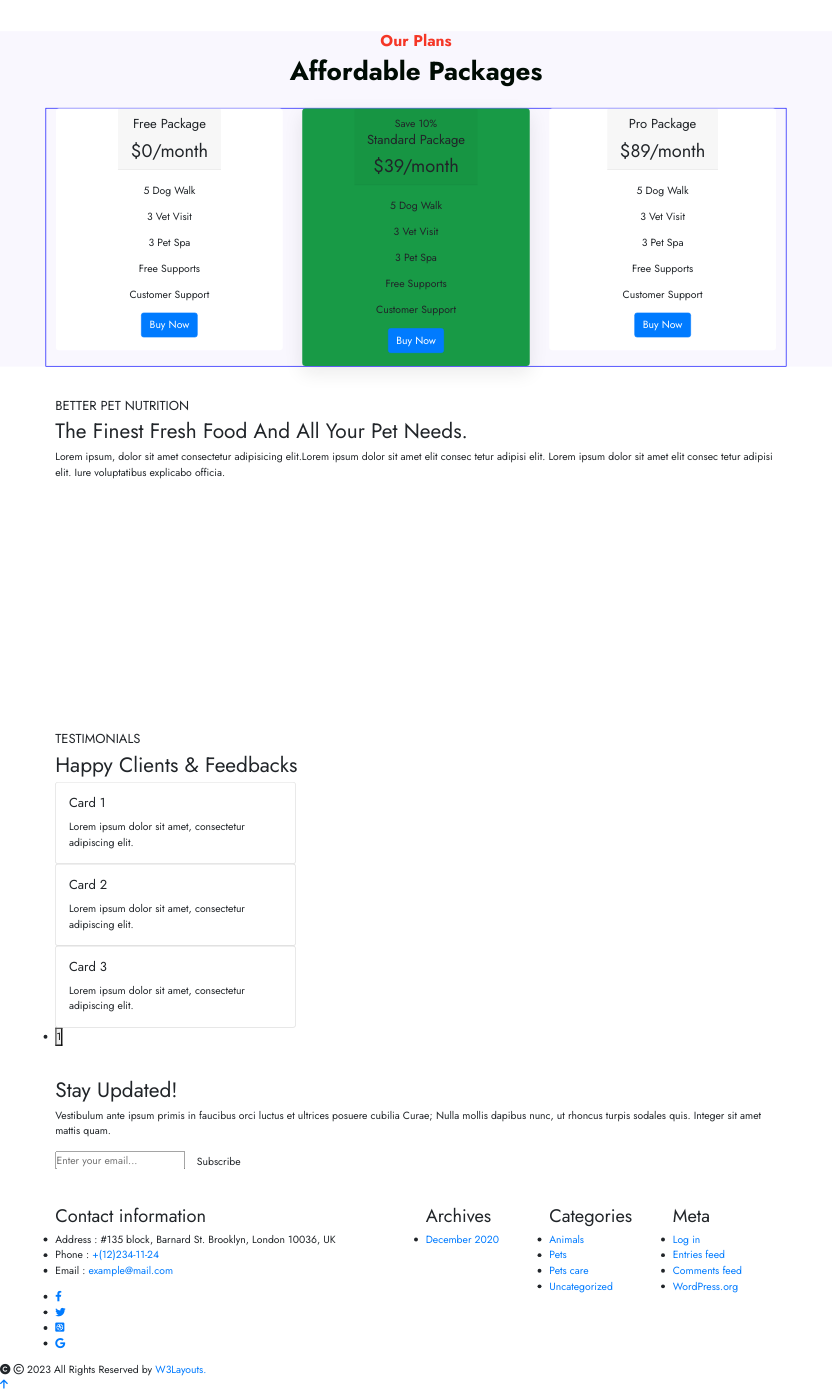
Repository: thanhfrankie/poochcare
Page: index.html
The author's editor kept a copy of each file at every save. The page is drawn from the files as they stood at one save, then again after a run of saves.
The browser window is 1280 px wide. The pictures show the whole page, at 65% of full size.
Pictures or frames that could not be fetched are drawn as grey boxes.

Above is the page before, as saved 2023-12-20 21:52:36.

### index.html
<!DOCTYPE html>
<html lang="en">
  <head>
    <title>Pooch Care</title>
    <!-- Required meta tags -->
    <meta charset="utf-8" />
    <meta
      name="viewport"
      content="width=device-width, initial-scale=1, shrink-to-fit=no"
    />
    <!-- FONT AWESOME -->
    <link
      rel="stylesheet"
      href="https://cdnjs.cloudflare.com/ajax/libs/font-awesome/6.4.2/css/all.min.css"
      integrity="sha512-z3gLpd7yknf1YoNbCzqRKc4qyor8gaKU1qmn+CShxbuBusANI9QpRohGBreCFkKxLhei6S9CQXFEbbKuqLg0DA=="
      crossorigin="anonymous"
      referrerpolicy="no-referrer"
    />
    <!-- Bootstrap CSS -->
    <link
      rel="stylesheet"
      href="https://stackpath.bootstrapcdn.com/bootstrap/4.3.1/css/bootstrap.min.css"
      integrity="sha384-ggOyR0iXCbMQv3Xipma34MD+dH/1fQ784/j6cY/iJTQUOhcWr7x9JvoRxT2MZw1T"
      crossorigin="anonymous"
    />
    <!-- Font Jost -->
    <link rel="preconnect" href="https://fonts.googleapis.com" />
    <link rel="preconnect" href="https://fonts.gstatic.com" crossorigin />
    <link
      href="https://fonts.googleapis.com/css2?family=Jost:wght@300;400;700&display=swap"
      rel="stylesheet"
    />
    <!-- Pricing CSS -->
    <link rel="stylesheet" href="./css/pricing.css" />
    <!-- pet food CSS (em đặt tên nutrition hay pet-nutrition hay pet__nutrition nó không cho đặt vậy ạ) -->
    <link rel="stylesheet" href="./css/petfood.css" />
    <!-- Testimonials CSS -->
    <link rel="stylesheet" href="./css/testimonials.css" />
    <!-- Subscribe CSS -->
    <link rel="stylesheet" href="./css/subscribe.css" />
    <!-- footer CSS -->
    <link rel="stylesheet" href="./css/footer.css" />
    <!-- Main CSS -->
    <link rel="stylesheet" href="./css/style.css" />
  </head>
  <body>
    <!-- Pricing -->
    <section class="pricing" id="pricing">
      <div class="container mt-5">
        <div class="title">
          <h4>Our Plans</h4>
          <h2>Affordable Packages</h2>
        </div>
        <div class="row">
          <!-- Pricing Card 1 -->
          <div class="col-lg-4">
            <div class="card">
              <div class="card-header">
                <h5 class="card-title">Free Package</h5>
                <h3 class="card-text">$0/month</h3>
              </div>
              <div class="card-body">
                <p class="card-text">5 Dog Walk</p>
                <p class="card-text">3 Vet Visit</p>
                <p class="card-text">3 Pet Spa</p>
                <p class="card-text">Free Supports</p>
                <p class="card-text">Customer Support</p>
                <a href="#" class="btn btn-primary btn-buy">Buy Now</a>
              </div>
            </div>
          </div>

          <!-- Pricing Card 2 -->
          <div class="col-lg-4">
            <div class="card card2">
              <div class="card-header">
                <div class="card-save">Save 10%</div>
                <h5 class="card-title">Standard Package</h5>
                <h3 class="card-text">$39/month</h3>
              </div>
              <div class="card-body">
                <p class="card-text">5 Dog Walk</p>
                <p class="card-text">3 Vet Visit</p>
                <p class="card-text">3 Pet Spa</p>
                <p class="card-text">Free Supports</p>
                <p class="card-text">Customer Support</p>
                <a href="#" class="btn btn-primary btn-buy">Buy Now</a>
              </div>
            </div>
          </div>

          <!-- Pricing Card 3 -->
          <div class="col-lg-4">
            <div class="card">
              <div class="card-header">
                <h5 class="card-title">Pro Package</h5>
                <h3 class="card-text">$89/month</h3>
              </div>
              <div class="card-body">
                <p class="card-text">5 Dog Walk</p>
                <p class="card-text">3 Vet Visit</p>
                <p class="card-text">3 Pet Spa</p>
                <p class="card-text">Free Supports</p>
                <p class="card-text">Customer Support</p>
                <a href="#" class="btn btn-primary btn-buy">Buy Now</a>
              </div>
            </div>
          </div>
        </div>
      </div>
    </section>
    <!-- PET NUTRITION -->
    <section class="nutrition">
      <div class="container mt-5">
        <h5>BETTER PET NUTRITION</h5>
        <h2>The Finest Fresh Food And All Your Pet Needs.</h2>
        <p>
          Lorem ipsum, dolor sit amet consectetur adipisicing elit.Lorem ipsum
          dolor sit amet elit consec tetur adipisi elit. Lorem ipsum dolor sit
          amet elit consec tetur adipisi elit. Iure voluptatibus explicabo
          officia.
        </p>
        <iframe
          width="560"
          height="315"
          src="https://www.youtube.com/embed/JXUTJNv4j6A?si=1nzgvqwKbkVzJ4BS"
          title="YouTube video player"
          frameborder="0"
          allow="accelerometer; autoplay; clipboard-write; encrypted-media; gyroscope; picture-in-picture; web-share"
          allowfullscreen
        ></iframe>
      </div>
    </section>
    <!-- TESTIMONIALS -->
    <section class="testimonial">
      <div class="container mt-5">
        <h5>TESTIMONIALS</h5>
        <h2>Happy Clients & Feedbacks</h2>
        <div class="slick-carousel">
          <!-- Slick Carousel Item 1 -->
          <div class="card">
            <div class="card-body">
              <h5 class="card-title">Card 1</h5>
              <p class="card-text">
                Lorem ipsum dolor sit amet, consectetur adipiscing elit.
              </p>
            </div>
          </div>

          <!-- Slick Carousel Item 2 -->
          <div class="card">
            <div class="card-body">
              <h5 class="card-title">Card 2</h5>
              <p class="card-text">
                Lorem ipsum dolor sit amet, consectetur adipiscing elit.
              </p>
            </div>
          </div>

          <!-- Slick Carousel Item 3 -->
          <div class="card">
            <div class="card-body">
              <h5 class="card-title">Card 3</h5>
              <p class="card-text">
                Lorem ipsum dolor sit amet, consectetur adipiscing elit.
              </p>
            </div>
          </div>
        </div>
      </div>
    </section>
    <!-- Subscribe -->
    <section class="subscribe">
      <div class="container mt-5">
        <h2>Stay Updated!</h2>
        <p>
          Vestibulum ante ipsum primis in faucibus orci luctus et ultrices
          posuere cubilia Curae; Nulla mollis dapibus nunc, ut rhoncus turpis
          sodales quis. Integer sit amet mattis quam.
        </p>
        <input
          type="email"
          name=""
          id="subscribe"
          placeholder="Enter your email..."
        />
        <button class="btn">Subscribe</button>
      </div>
    </section>
    <footer>
      <div class="container mt-5">
        <div class="row">
          <div class="col-lg-6">
            <h3>Contact information</h3>
            <ul class="footer__contact">
              <li>
                Address : #135 block, Barnard St. Brooklyn, London 10036, UK
              </li>
              <li>
                Phone :
                <span>
                  <a href="#">+(12)234-11-24</a>
                </span>
              </li>
              <li>
                Email :
                <span>
                  <a href="#">example@mail.com</a>
                </span>
              </li>
            </ul>
            <ul class="footer__social">
              <li>
                <a href="https://www.facebook.com/w3layouts/">
                  <i class="fa-brands fa-facebook-f"></i
                ></a>
              </li>
              <li>
                <a href="https://twitter.com/W3layouts"
                  ><i class="fa-brands fa-twitter"></i
                ></a>
              </li>
              <li>
                <a href="https://dribbble.com/w3layouts"
                  ><i class="fa-brands fa-square-dribbble"></i
                ></a>
              </li>
              <li>
                <a href="https://myaccount.google.com/intro/profile"
                  ><i class="fa-brands fa-google"></i
                ></a>
              </li>
            </ul>
          </div>
          <div class="col-lg-6">
            <div class="row">
              <div class="col-sm-4">
                <h3>Archives</h3>
                <ul>
                  <li>
                    <a href="#"> December 2020 </a>
                  </li>
                </ul>
              </div>
              <div class="col-sm-4">
                <h3>Categories</h3>
                <ul>
                  <li>
                    <a href="#"> Animals </a>
                  </li>
                  <li>
                    <a href="#"> Pets </a>
                  </li>
                  <li>
                    <a href="#"> Pets care </a>
                  </li>
                  <li>
                    <a href="#"> Uncategorized </a>
                  </li>
                </ul>
              </div>
              <div class="col-sm-4">
                <h3>Meta</h3>
                <ul>
                  <li>
                    <a href="#"> Log in </a>
                  </li>
                  <li>
                    <a href="#"> Entries feed </a>
                  </li>
                  <li>
                    <a href="#"> Comments feed </a>
                  </li>
                  <li>
                    <a href="#"> WordPress.org </a>
                  </li>
                </ul>
              </div>
            </div>
          </div>
        </div>
      </div>
      <div class="copyright">
        <i class="fa fa-copyright" aria-hidden="true"></i>
        <i class="fa-regular fa-copyright"></i>
        <span
          >2023 All Rights Reserved by
          <a href="https://w3layouts.com/">W3Layouts.</a></span
        >
      </div>
    </footer>
    <a href="#" class="backToTop cd-top text-replace js-cd-top">
      <i class="fa fa-arrow-up"></i>
    </a>
    <!-- Optional JavaScript -->
    <!-- jQuery first, then Popper.js, then Bootstrap JS -->
    <script
      src="https://code.jquery.com/jquery-3.3.1.slim.min.js"
      integrity="sha384-q8i/X+965DzO0rT7abK41JStQIAqVgRVzpbzo5smXKp4YfRvH+8abtTE1Pi6jizo"
      crossorigin="anonymous"
    ></script>
    <script
      src="https://cdnjs.cloudflare.com/ajax/libs/popper.js/1.14.7/umd/popper.min.js"
      integrity="sha384-UO2eT0CpHqdSJQ6hJty5KVphtPhzWj9WO1clHTMGa3JDZwrnQq4sF86dIHNDz0W1"
      crossorigin="anonymous"
    ></script>
    <script
      src="https://stackpath.bootstrapcdn.com/bootstrap/4.3.1/js/bootstrap.min.js"
      integrity="sha384-JjSmVgyd0p3pXB1rRibZUAYoIIy6OrQ6VrjIEaFf/nJGzIxFDsf4x0xIM+B07jRM"
      crossorigin="anonymous"
    ></script>
    <!-- slick carousel  -->
    <script
      src="https://cdnjs.cloudflare.com/ajax/libs/slick-carousel/1.8.1/slick.min.js"
      integrity="sha512-XtmMtDEcNz2j7ekrtHvOVR4iwwaD6o/FUJe6+Zq+HgcCsk3kj4uSQQR8weQ2QVj1o0Pk6PwYLohm206ZzNfubg=="
      crossorigin="anonymous"
      referrerpolicy="no-referrer"
    ></script>
    <script>
      // Initialize Slick Carousel
      $(".slick-carousel").slick({
        slidesToShow: 3,
        slidesToScroll: 1,
        dots: true,
        prevArrow: '<button type="button" class="slick-prev">&#9665;</button>',
        nextArrow: '<button type="button" class="slick-next">&#9655;</button>',
        responsive: [
          {
            breakpoint: 768,
            settings: {
              slidesToShow: 2,
            },
          },
          {
            breakpoint: 576,
            settings: {
              slidesToShow: 1,
            },
          },
        ],
      });
    </script>
  </body>
</html>

### css/pricing.css
.pricing {
    background-color: #F9F7FE;
}
.pricing .container {
    width: 100%;
}
.pricing .container .title {
    display: flex;
    justify-content: center;
    align-items: center;
    flex-direction: column;
    padding-bottom: 25px;
}
.pricing .container .title h4 {
    color: #F53626;
    font-weight: 550;

}
.pricing .title h2{
    font-size: 40px;
    font-weight: 600;
    line-height: 48px;
    text-transform: capitalize;
    color:#000C04;
 }
 .pricing .container .row {
    padding: 0;
    border: 1px solid blue;

 }
 .pricing .container .row .card {
    display: flex;
    justify-content: center;
    align-items: center;
    flex-direction: column;
    text-align: center;
    background-color: #FFFFFF;
    border-radius: 5px;
    border: none;
 }
 .pricing .container .row .card2 {
    box-shadow: 0 10px 30px 0 rgba(17, 17, 17, 0.09);
    padding: 0 30px;
    z-index: 1;
 }
 .pricing .container .row .card2 {
    background-color:#189A46;
 }

### css/testimonials.css
TESTIMONIALS

### css/style.css
/* Global */
* {
  padding: 0;
  margin: 0;
  box-sizing: border-box;
}
html,
body {
  font-family: "Jost", sans-serif;
}

Loaded but not shown: css/footer.css (no copy from this time; the picture is the same without it); css/petfood.css (no copy from this time; the picture is the same without it); css/subscribe.css (no copy from this time; the picture is the same without it)

After the next 2 saves:
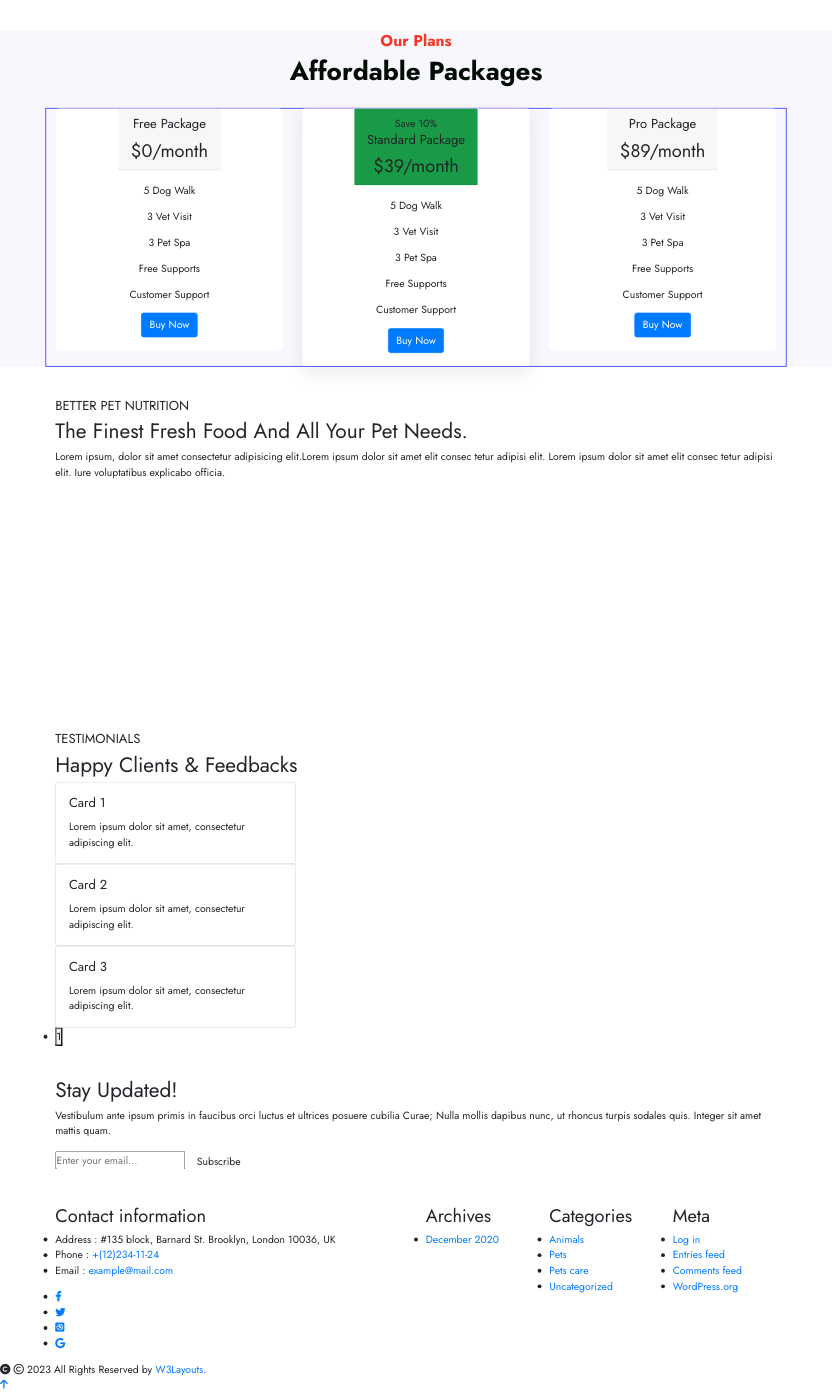
The 2 saves are shown as one change because they came seconds apart.
The last was saved 7 s later.
--- a/css/pricing.css
+++ b/css/pricing.css
@@ -43,6 +43,6 @@
     padding: 0 30px;
     z-index: 1;
  }
- .pricing .container .row .card2 {
+ .pricing .container .row .card2 .card-header{
     background-color:#189A46;
  }
